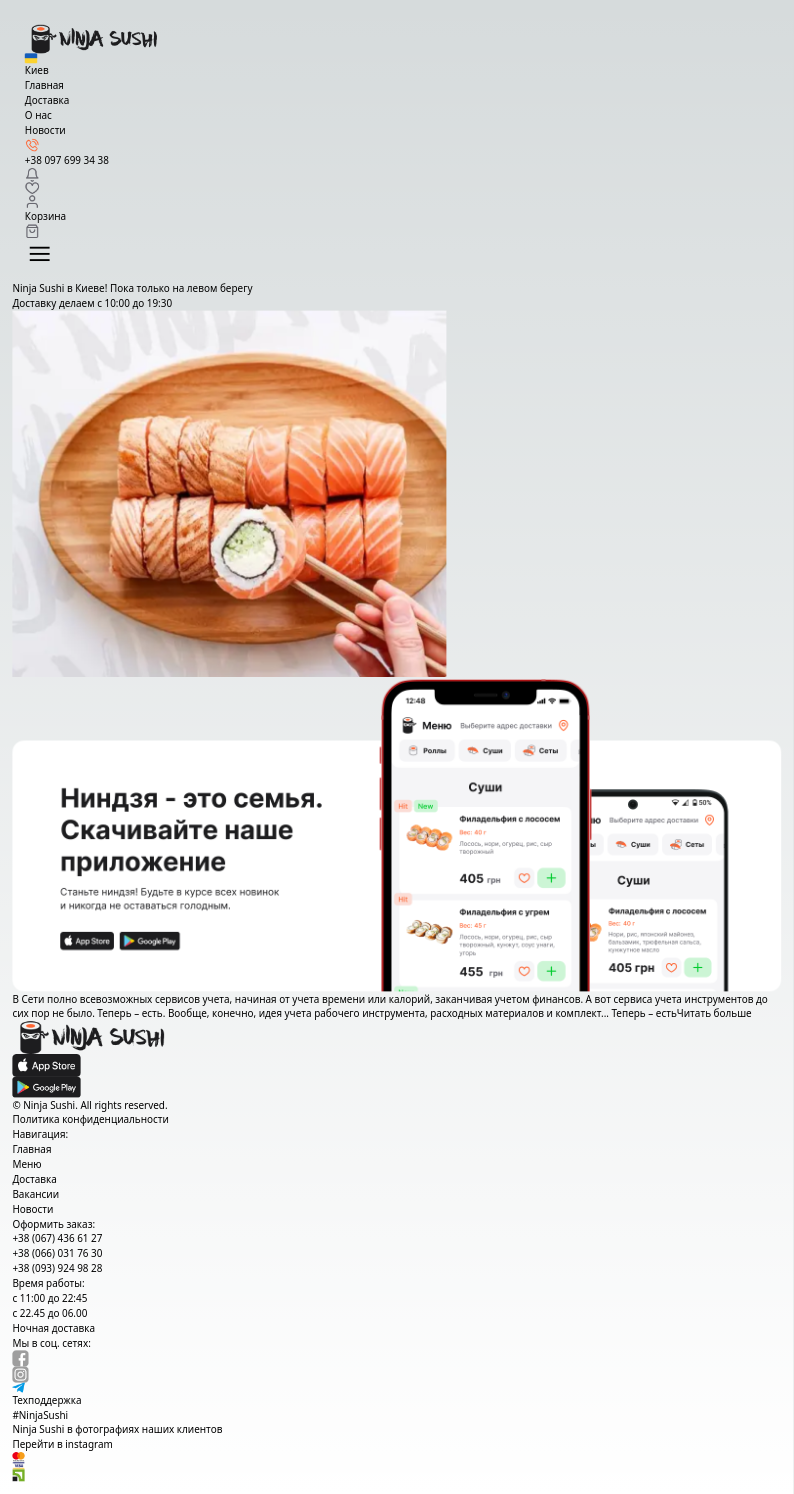
Repository: shokirovG/loyiha
Page: /News
An editor plug-in stored every save of this project. The page is shown before and after the next save, followed by the edit.
The browser window is 1280 px wide. The pictures show the whole page, at 62% of full size.
The project was rebuilt for these pictures with package versions that can differ from the ones it lists, and the page was loaded fresh each time. The framework's server and built-in components were replaced by stand-ins that run in the browser. Also part of the build but not shown: next.config.js, Components/Categories.jsx, Components/OpenNav.jsx.

Above is the page before, as saved 2023-07-01 16:18:02.

### pages/News.jsx
import { Header, Slider } from "@/Components";
import Footer from "@/Components/Footer";
import React from "react";

const News = () => {
  return (
    <div className="container p-5">
      <Header />
      <Slider />
      <Footer />
    </div>
  );
};

export default News;

### Components/index.js
export { default as Header } from "./Header";
export { default as Burger } from "./Burger";
export { default as Categories } from "./Categories";
export { default as Slider } from "./Slider";
export { default as OpenNav } from "./OpenNav";

### Components/Footer.jsx
import Image from "next/image";
import Link from "next/link";
import React from "react";

const Footer = () => {
  return (
    <div className="bigOne w-[100%] min-h-[160vh] gap-[50px] text-[16px] text-[#9E9E9E] flex flex-col justify-between mt-10">
      <Image src={"/imgs/play.png"} width={1500} height={644} />
      <p className="paragraph w-[60%] text-center m-auto">
        В Сети полно всевозможных сервисов учета, начиная от учета времени или
        калорий, заканчивая учетом финансов. А вот сервиса учета инструментов до
        сих пор не было. Теперь – есть. Вообще, конечно, идея учета рабочего
        инструмента, расходных материалов и комплект... Теперь – есть
        <span className="float-right text-[#00CC2D] mt-2">Читать больше</span>
      </p>
      <div className="footer flex items-center justify-evenly max-w-[100%] bg-white min-h-[376px] rounded-lg">
        <div className="w-[246px] h-[248px] flex flex-col items-center justify-between">
          <div className="w-[246px] h-[156px] flex flex-col items-center justify-around">
            <Image src={"/imgs/logo.png"} width={246} height={59} />
            <div className="w-[246px] flex justify-around">
              <Image src={"/imgs/appstore.png"} width={110} height={37} />
              <Image src={"/imgs/google.png"} width={110} height={37} />
            </div>
            <span className="text-[14px]">
              © Ninja Sushi. All rights reserved.
            </span>
          </div>
          <span className="text-[14px] text-[#1D1D1F] font-[500]">
            Политика конфиденциальности
          </span>
        </div>
        <div className="footer_items max-w-[754px] min-h-[184px] flex justify-between gap-10 mb-5">
          <ul className="flex flex-col gap-[5px] w-[101px] h-[100%]">
            <li className="text-[14px] text-[#686870]">Навигация:</li>
            <li>
              <Link
                className="text-[16px] text-[#1D1D1F] font-[500]"
                href={"/"}
              >
                Главная
              </Link>
            </li>
            <li>
              <Link
                className="text-[16px] text-[#1D1D1F] font-[500]"
                href={"#"}
              >
                Меню
              </Link>
            </li>
            <li>
              <Link
                className="text-[16px] text-[#1D1D1F] font-[500]"
                href={"#"}
              >
                Доставка
              </Link>
            </li>
            <li>
              <Link
                className="text-[16px] text-[#1D1D1F] font-[500]"
                href={"#"}
              >
                Вакансии
              </Link>
            </li>
            <li>
              <Link
                className="text-[16px] text-[#1D1D1F] font-[500]"
                href={"#"}
              >
                Новости
              </Link>
            </li>
          </ul>

          <ul className="w-[168px] h-[120px] flex flex-col items-start gap-[5px]">
            <li className="text-[14px] text-[#686870]">Оформить заказ:</li>
            <li>
              <Link
                className="text-[16px] text-[#1D1D1F] font-[500]"
                href={"/"}
              >
                +38 (067) 436 61 27
              </Link>
            </li>
            <li>
              <Link
                className="text-[16px] text-[#1D1D1F] font-[500]"
                href={"#"}
              >
                +38 (066) 031 76 30
              </Link>
            </li>
            <li>
              <Link
                className="text-[16px] text-[#1D1D1F] font-[500]"
                href={"#"}
              >
                +38 (093) 924 98 28
              </Link>
            </li>
          </ul>

          <ul className="w-[137px] h-[120px] flex flex-col items-start gap-[5px]">
            <li className="text-[14px] text-[#686870]">Время работы:</li>
            <li>
              <Link
                className="text-[16px] text-[#1D1D1F] font-[500]"
                href={"/"}
              >
                с 11:00 до 22:45
              </Link>
            </li>
            <li>
              <Link
                className="text-[16px] text-[#1D1D1F] font-[500]"
                href={"#"}
              >
                с 22.45 до 06.00
              </Link>
            </li>
            <li className="text-[14px] text-[#686870]">Ночная доставка</li>
          </ul>

          <div className="w-[174px] h-[120px] flex flex-col gap-[12px]">
            <span>Мы в соц. сетях:</span>
            <div className="flex w-[64px] h-[26px] justify-between">
              <Image src={"/imgs/face.png"} width={26} height={26} />
              <Image src={"/imgs/insta.png"} width={26} height={26} />
            </div>
            <button className="w-[160px] h-[40px] bg-[#F5F5F7] rounded-lg flex justify-around items-center p-[12px]">
              <Image src={"/imgs/telegram.png"} width={20} height={16} />
              <Link
                className="text-[#039BE5] text-[16px] font-mono font-[500]"
                href={"#"}
              >
                Техподдержка
              </Link>
            </button>
          </div>
        </div>
        <div className="others w-[246px] min-h-[248px] flex flex-col justify-between pt-[20px] items-center">
          <div className="w-[246px] h-[194] gap-[5px] flex flex-col">
            <h1
              className="title text-[42px] text-[#1D1D1F] font-[700]"
              id="title"
            >
              #NinjaSushi
            </h1>
            <p className="text-[#9E9E9E] text-[16px] line-[24px]" id="texts">
              Ninja Sushi в фотографиях наших клиентов
            </p>
            <button
              id="button"
              className="w-[246px] h-[56px] bg-[#F5F5F7] rounded-[12px] text-[#00CC2D] font-[500] text-[16px] font-[Inter]"
            >
              <Link href={"https://www.instagram.com/bektoshevich_01/"}>
                Перейти в instagram
              </Link>
            </button>
          </div>
          <div className="flex w-[105px] h-[18px] justify-around">
            <Image src={"/imgs/master.png"} width={20} height={16} />
            <Image src={"/imgs/visa.png"} width={20} height={16} />
            <Image src={"/imgs/pg.png"} width={20} height={16} />
          </div>
        </div>
      </div>
    </div>
  );
};

export default Footer;

### Components/Header.jsx
"use client";

import React from "react";
import Image from "next/image";
import { Burger } from ".";
import Link from "next/link";

const Header = () => {
  return (
    <header className="sm:w-auto p-5 md:flex lg:flex xl:flex items-center w-screen justify-around h-24 bg-white mb-[16px]">
      <div className="w-52 h-12">
        <Link href="/" className="">
          <Image src="/imgs/logo.PNG" alt="logo" width={214} height={48} />
        </Link>
      </div>
      <div className="w-3/4 sm:flex md:flex md:items-center md:justify-between lg:flex lg:items-center lg:justify-between">
        <ul className="lg:flex xl:flex md:flex 2xl:flex items-center w-3/6 justify-between gap-12 md:gap-2 lg:gap-12">
          <li className="flex w-20 justify-between items-center g-4 h-3">
            <Image src="/imgs/flag.PNG" alt="logo" width={20} height={2} />
            <a href="#" className="ml-2">
              Киев
            </a>
          </li>
          <li className="">
            <a href="#" className="">
              Главная
            </a>
          </li>
          <li className="">
            <a href="#" className="">
              Доставка
            </a>
          </li>
          <li className="w-12 flex">
            <a href="#" className="w-12">
              О нас
            </a>
          </li>
          <li className="">
            <a href="#" className="">
              Новости
            </a>
          </li>
          <li className="flex items-center">
            <a href="#" className="w-48 justify-around flex items-center">
              <Image src="/imgs/tel.PNG" alt="logo" width={24} height={24} />
              <span>+38 097 699 34 38</span>
            </a>
          </li>
        </ul>
        <div className="flex items-center w-80 h-14">
          <div className="flex w-12 border items-center justify-center h-12 rounded-lg">
            <Image src="/imgs/bell.PNG" alt="logo" width={24} height={24} />
          </div>
          <div className="flex w-12 border items-center ml-2 justify-center h-12 rounded-lg">
            <Image src="/imgs/like.PNG" alt="logo" width={24} height={24} />
          </div>
          <div className="flex w-12 border items-center ml-2 justify-center h-12 rounded-lg">
            <Image src="/imgs/person.PNG" alt="logo" width={24} height={24} />
          </div>
          <div className="flex w-32 justify-around ml-2 border items-center h-12 rounded-lg">
            <span>Корзина</span>
            <Image src="/imgs/cart.PNG" alt="logo" width={24} height={24} />
          </div>
        </div>
      </div>

      <Burger />
    </header>
  );
};
export default Header;

### Components/Burger.jsx
"use client";

import Hamburger from "hamburger-react";
import React, { useState } from "react";
import { OpenNav } from ".";

const Burger = () => {
  const [isOpen, settOpen] = useState(false);
  return (
    <div className="burger">
      <Hamburger toggled={isOpen} toggle={settOpen} />
      {isOpen ? <OpenNav /> : null}
    </div>
  );
};

export default Burger;

### Components/Slider.js
"use client";

import React from "react";
import { Swiper, SwiperSlide } from "swiper/react";
import "swiper/css";
import "swiper/css/pagination";
import { Pagination } from "swiper";
import Image from "next/image";

const Slider = () => {
  return (
    <Swiper
      pagination={true}
      modules={[Pagination]}
      className="mySwiper h-[600px] w-[100%] mt-10"
    >
      <SwiperSlide>
        <div className="flex justify-center w-[100%]">
          <div className="w-[7065px] p-[50px] flex flex-col items-center">
            <h1 className="text-[45px] font-[700] w-[565px] text-[#1D1D1F] text-left">
              Ninja Sushi в Киеве! Пока только на левом берегу
            </h1>
            <h3 className="text-left w-[565px] mt-[20px]">
              Доставку делаем с 10:00 до 19:30
            </h3>
          </div>
          <Image
            className="w-[300px]"
            src={"/imgs/slide_img.png"}
            width={700}
            height={336}
          />
        </div>
      </SwiperSlide>
      <SwiperSlide>
        <div className="flex">
          <h1 className="text-[64px] font-[700] text-[#1D1D1F] text-left">
            Ninja Sushi в Киеве! Пока только на левом берегу
          </h1>
          <Image
            className="w-[300px]"
            src={"/imgs/new2.png"}
            width={900}
            height={336}
          />
        </div>
      </SwiperSlide>
    </Swiper>
  );
};

export default Slider;

Loaded but not shown: pages/_app.js (common file); pages/_document.js (common file); styles/globals.css (common file); tailwind.config.js (common file)

After the next save:
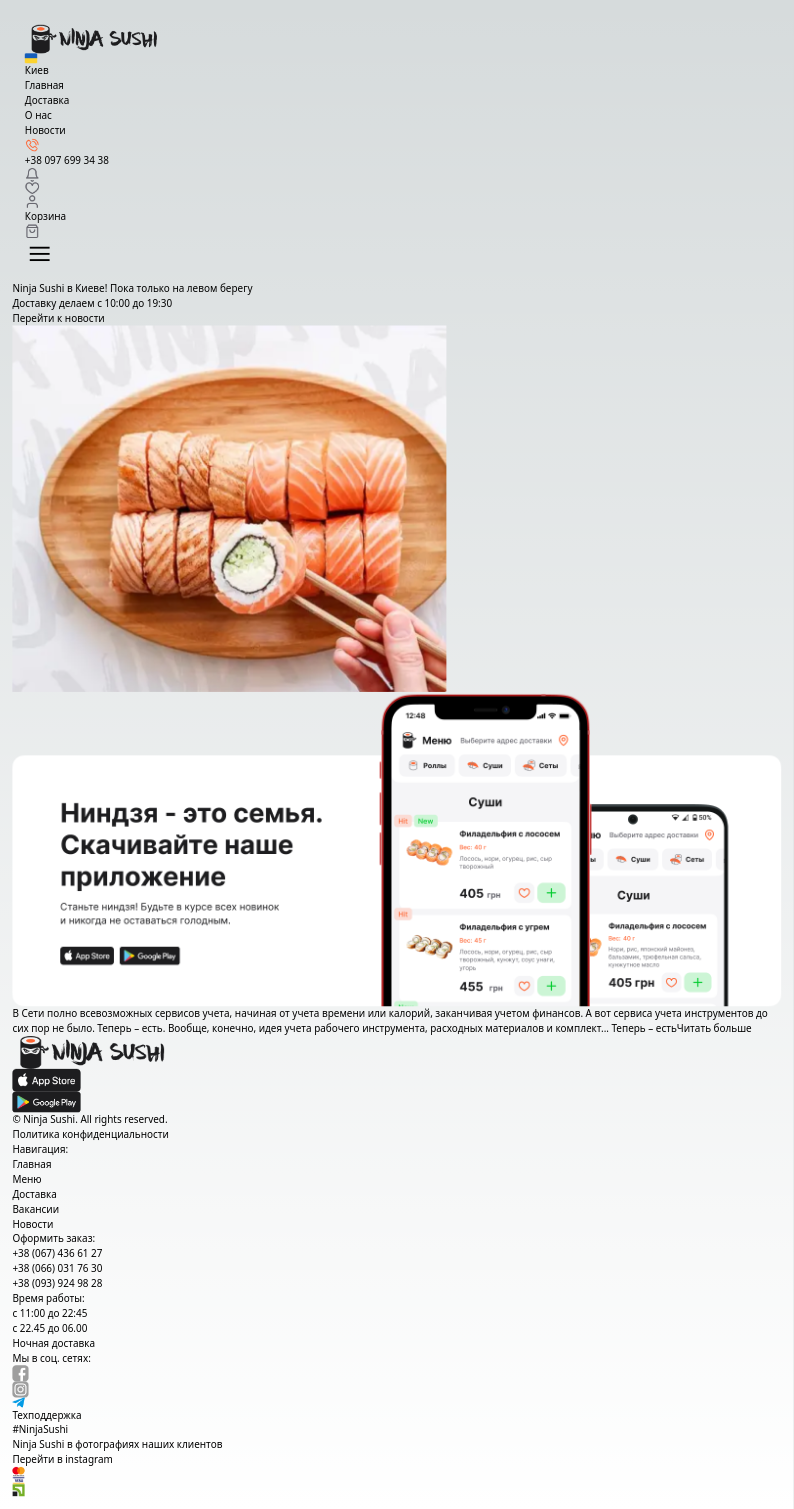
Saved 35 s later.
--- a/Components/Slider.js
+++ b/Components/Slider.js
@@ -23,6 +23,7 @@
             <h3 className="text-left w-[565px] mt-[20px]">
               Доставку делаем с 10:00 до 19:30
             </h3>
+            <button className="w-[263px] h-[22px] ">Перейти к новости</button>
           </div>
           <Image
             className="w-[300px]"
